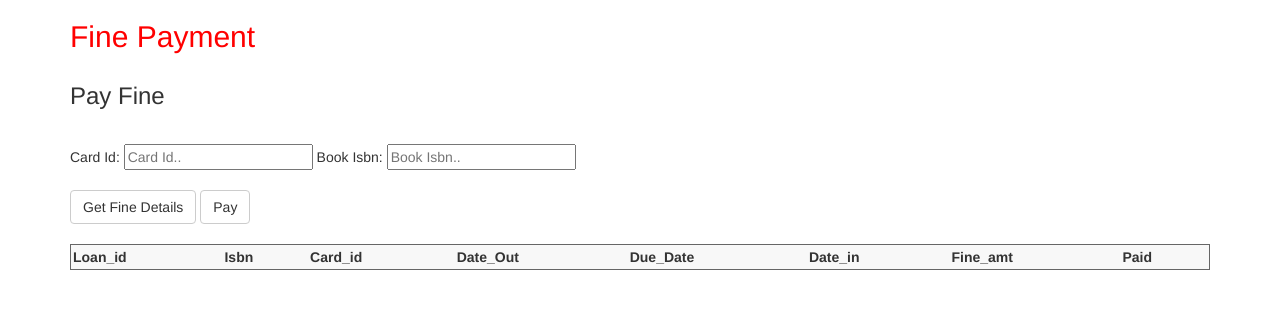
Repository: ApurvaMithal/LibraryManagementSystem
Page: http://localhost/LibraryManagementSystem/FinePay.jsp
The author's editor kept a copy of each file at every save. The page is drawn from the files as they stood at one save, then again after the next save.
The browser window is 1280 px wide. The pictures show the whole page.
Some web fonts or font styles are not loaded; a fallback is used. The page is served by Tomcat 9.

Above is the page before, as saved 2018-03-02 23:53:42.

After the next save:
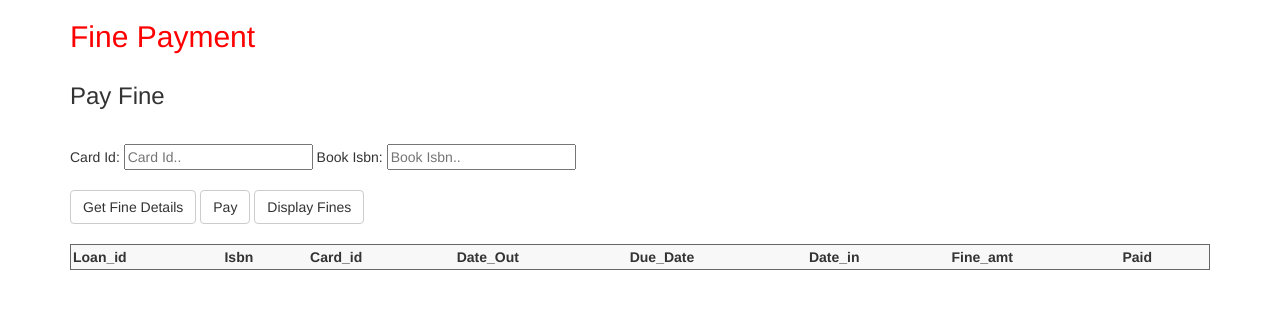
Saved 2 min 18 s later.
--- a/eclipse/LibraryManagementSystem/WebContent/FinePay.jsp
+++ b/eclipse/LibraryManagementSystem/WebContent/FinePay.jsp
@@ -136,6 +136,7 @@ jQuery(window).ready(function() {
 			</br>
             <button type="Submit" class="btn btn-default" id="finePaymentBtn">Get Fine Details</button>
             <button type="Submit" class="btn btn-default" id="finePaymentBtn2">Pay</button>
+            <button type="Submit" class="btn btn-default" id="finePaymentBtn3">Display Fines</button>
 			</br></br>
 
             <table id="fineDetails">
